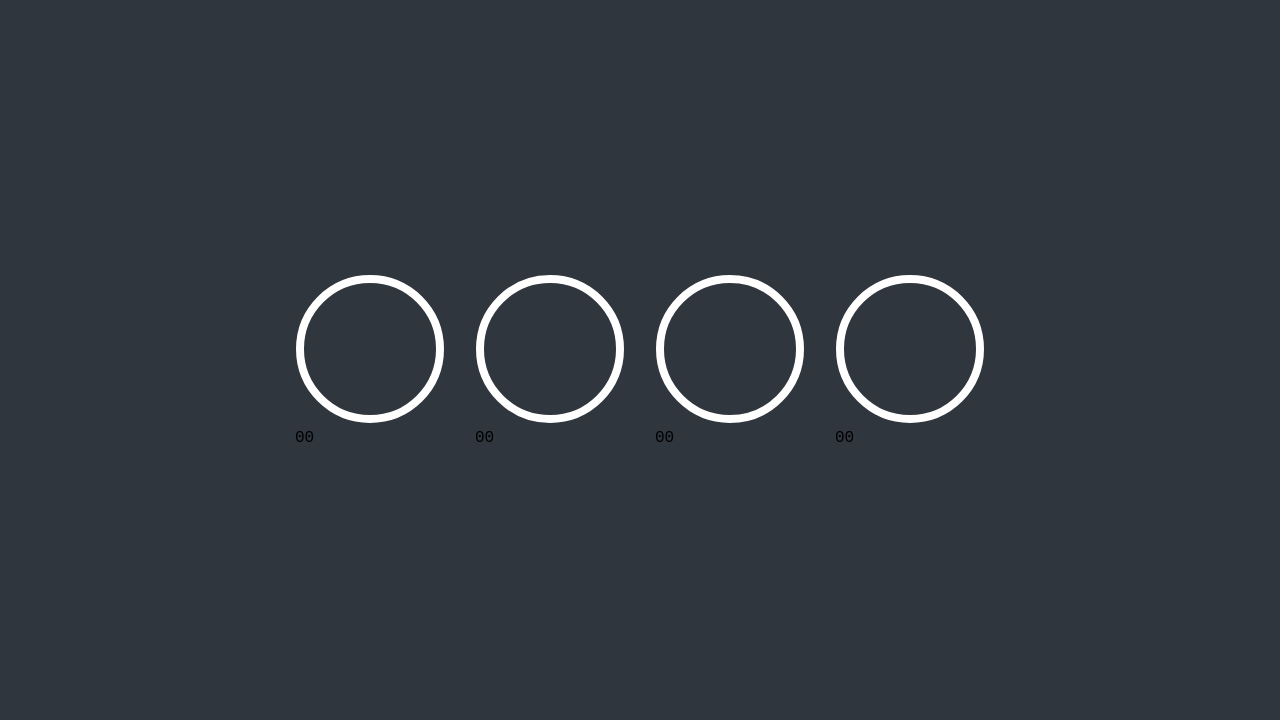
Repository: northpx/happyNY
Page: index.html
An editor plug-in stored every save of this project. The page is shown before and after a run of saves, followed by the edit.
The browser window is 1280 px wide. The pictures show the whole page.

Above is the page before, as saved 2022-12-31 10:51:43.

### index.html
<!DOCTYPE html>
<html lang="en">
<head>
    <meta charset="UTF-8">
    <meta http-equiv="X-UA-Compatible" content="IE=edge">
    <meta name="viewport" content="width=device-width, initial-scale=1.0">
    <link rel="stylesheet" href="style.css">
    <title>Document</title>
</head>
<body>
    <h1>HAPPY NEW YEAR <br>2023</h1>
    <div class="time">
        <div class="circle" style="--clr:#fff">
            <div class="dots day_dot">
                <svg>
                    <circle cx="70" cy="70" r="70"></circle>
                    <circle cx="70" cy="70" r="70" id="dd"></circle>
                </svg>
                <div id="days">00</div>
            </div>
        </div>

        <div class="circle" style="--clr:#fff">
            <div class="dots hr_dot">
                <svg>
                    <circle cx="70" cy="70" r="70"></circle>
                    <circle cx="70" cy="70" r="70" id="hh"></circle>
                </svg>
                <div id="hours">00</div>
            </div>
        </div>

        <div class="circle" style="--clr:#fff">
            <div class="dots min_dot">
                <svg>
                    <circle cx="70" cy="70" r="70"></circle>
                    <circle cx="70" cy="70" r="70" id="mm"></circle>
                </svg>
                <div id="minutes">00</div>
            </div>
        </div>

        <div class="circle" style="--clr:#fff">
            <div class="dots sec_dot">
                <svg>
                    <circle cx="70" cy="70" r="70"></circle>
                    <circle cx="70" cy="70" r="70" id="ss"></circle>
                </svg>
                <div id="seconds">00</div>
            </div>
        </div>
    </div>
</body>
<script src="script.js">
</script>
</html>

### style.css
*{
    margin: 0;
    padding: 0;
    box-sizing: border-box;
    font-family: 'Courier New', Courier, monospace;
}
body{
    display: flex;
    justify-content: center;
    align-items: center;
    min-height: 100vh;
     background: #2f363e;
}
h1{
    display: none;
}
.time{
    min-height: 100vh;
    display: flex;
    align-items: center;
    justify-content: center;
    gap: 30px;
}
.time .circle{
    position: relative;
    width: 150px;
    height: 150px;
    display: flex;
    justify-content: center;
    align-items: center;
}

.time .circle svg{
    position: relative;
    width: 150px;
    height: 150px;
}

.time .circle svg circle{
    width: 100%;height: 100%;
    fill: transparent;
    stroke-width: 8;
    stroke: #282828;
    transform: translate(5px, 5px);
}

.time .circle svg circle:nth-child(2){
    stroke: var(--clr);
    stroke-dasharray: 440;
}

#time div{
    position: absolute;
}

### script.js

//thong dich
//quote
// ??
//use strict
//
//biginteger
//conversion(number, bool)

After the next 5 saves:
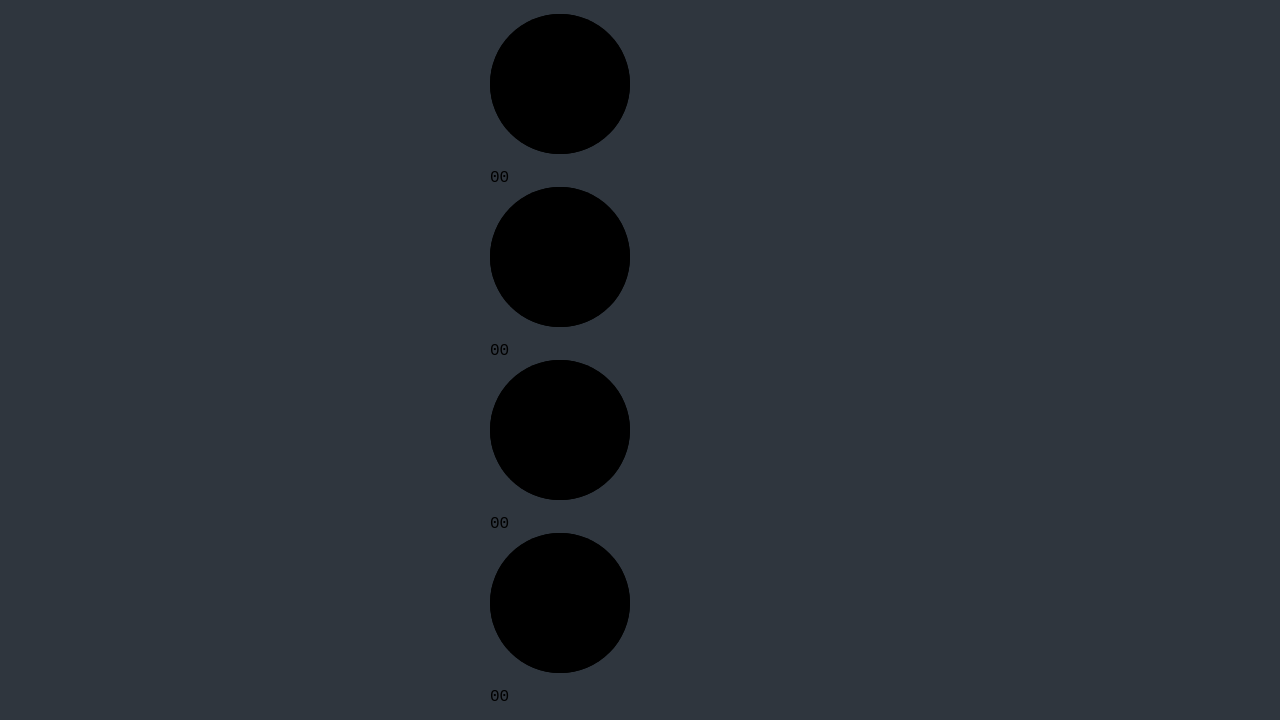
The 5 saves are shown as one change because they came seconds apart.
The last was saved 15 s later.
--- a/style.css
+++ b/style.css
@@ -14,14 +14,14 @@ body{
 h1{
     display: none;
 }
-.time{
+#time{
     min-height: 100vh;
     display: flex;
     align-items: center;
     justify-content: center;
     gap: 30px;
 }
-.time .circle{
+#time .circle{
     position: relative;
     width: 150px;
     height: 150px;
@@ -30,13 +30,13 @@ h1{
     align-items: center;
 }
 
-.time .circle svg{
+#time .circle svg{
     position: relative;
     width: 150px;
     height: 150px;
 }
 
-.time .circle svg circle{
+#time .circle svg circle{
     width: 100%;height: 100%;
     fill: transparent;
     stroke-width: 8;
@@ -44,7 +44,7 @@ h1{
     transform: translate(5px, 5px);
 }
 
-.time .circle svg circle:nth-child(2){
+#time .circle svg circle:nth-child(2){
     stroke: var(--clr);
     stroke-dasharray: 440;
 }
